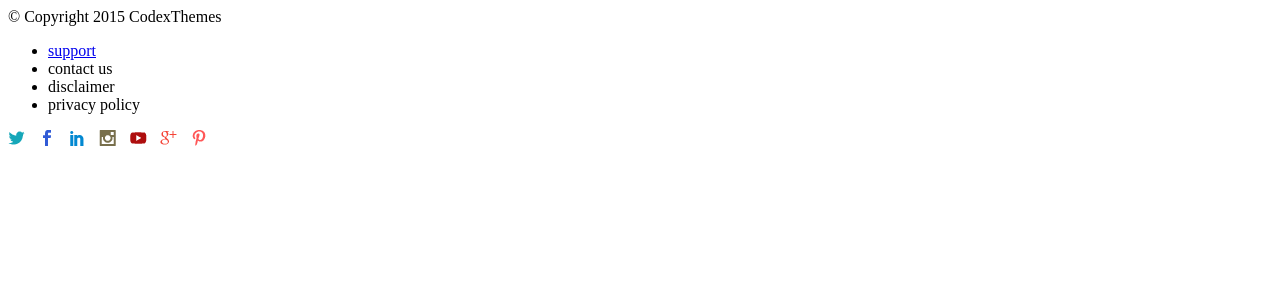
Repository: flylessbird/shop_cart
Page: html/footer.html
The author's editor kept a copy of each file at every save. The page is drawn from the files as they stood at one save, then again after a run of saves.
The browser window is 1280 px wide. The pictures show the whole page.

Above is the page before, as saved 2022-05-10 15:31:26.

### html/footer.html
<!DOCTYPE html>
<html lang="en">
<head>
    <meta charset="UTF-8">
    <meta http-equiv="X-UA-Compatible" content="IE=edge">
    <meta name="viewport" content="width=device-width, initial-scale=1.0">
    <title>Document</title>
</head>
<body>
    <footer class="ft">
<div class="text">
    <span class="copy">&copy; Copyright 2015</span>
    <span class="theme">CodexThemes</span>
</div>
<ul class="ft_option">
<li><a href="#">support</a></li>
<li>contact us</li>
<li>disclaimer</li>
<li>privacy policy</li>
</ul>
<img src="/img/social.png" alt="">
    </footer>
</body>
</html>

After the next 4 saves:
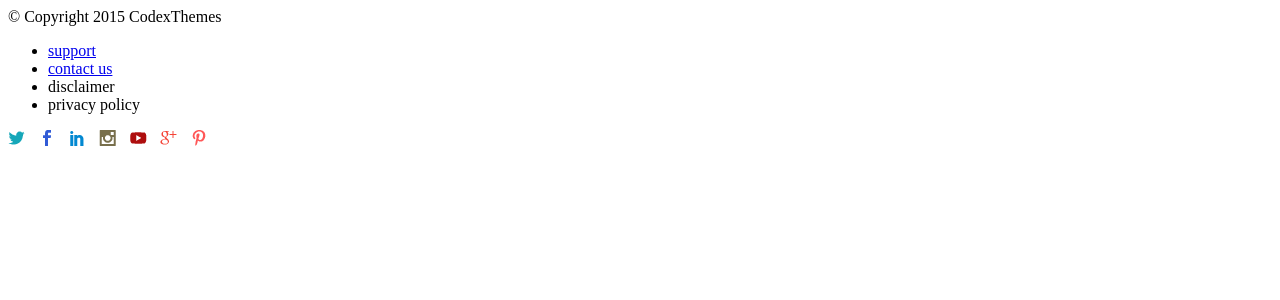
The 4 saves are shown as one change because they came seconds apart.
The last was saved 11 s later.
--- a/html/footer.html
+++ b/html/footer.html
@@ -14,7 +14,7 @@
 </div>
 <ul class="ft_option">
 <li><a href="#">support</a></li>
-<li>contact us</li>
+<li><a href="#">contact us</a></li>
 <li>disclaimer</li>
 <li>privacy policy</li>
 </ul>
